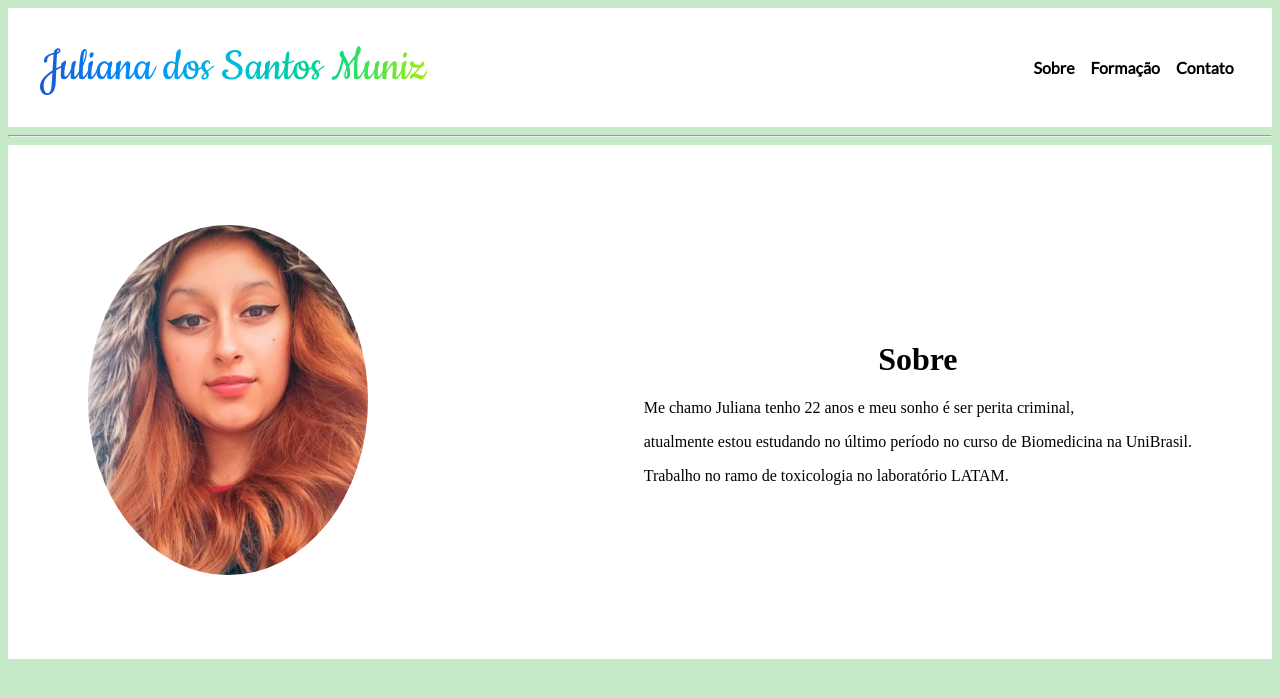
Repository: joaovnogueira/Portfolio-Juliana
Page: index.html
These files come from the project's save history. The page is drawn as it stood at one moment and after the next save; the edit follows.
The browser window is 1280 px wide. The pictures show the whole page.

Above is the page before, as saved 2022-06-14 16:01:54.

After the next save:
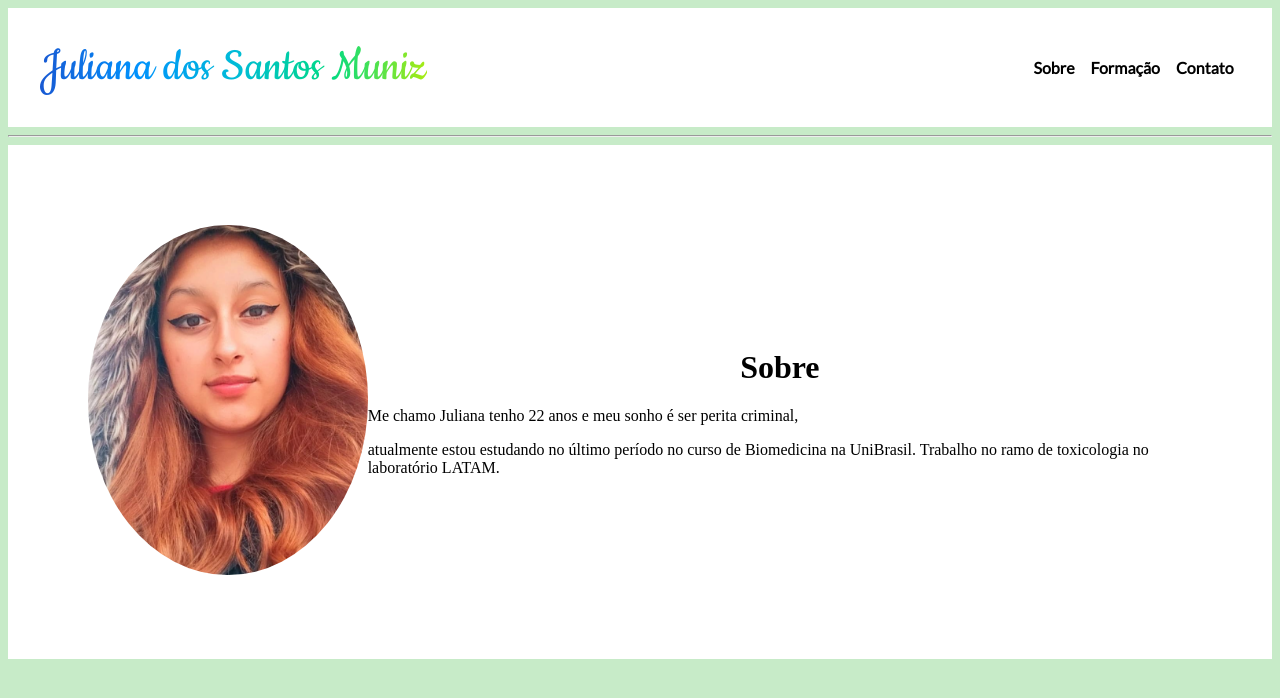
Saved 4 s later.
--- a/index.html
+++ b/index.html
@@ -29,7 +29,7 @@
             <div class="conteudo">
                 <h1>Sobre</h1>
                 <p>Me chamo Juliana tenho 22 anos e meu sonho é ser perita criminal,</p>
-                atualmente estou estudando no último período no curso de Biomedicina na UniBrasil.</p>
+                atualmente estou estudando no último período no curso de Biomedicina na UniBrasil.
                 Trabalho no ramo de toxicologia no laboratório LATAM.
             </div>
         </div>
